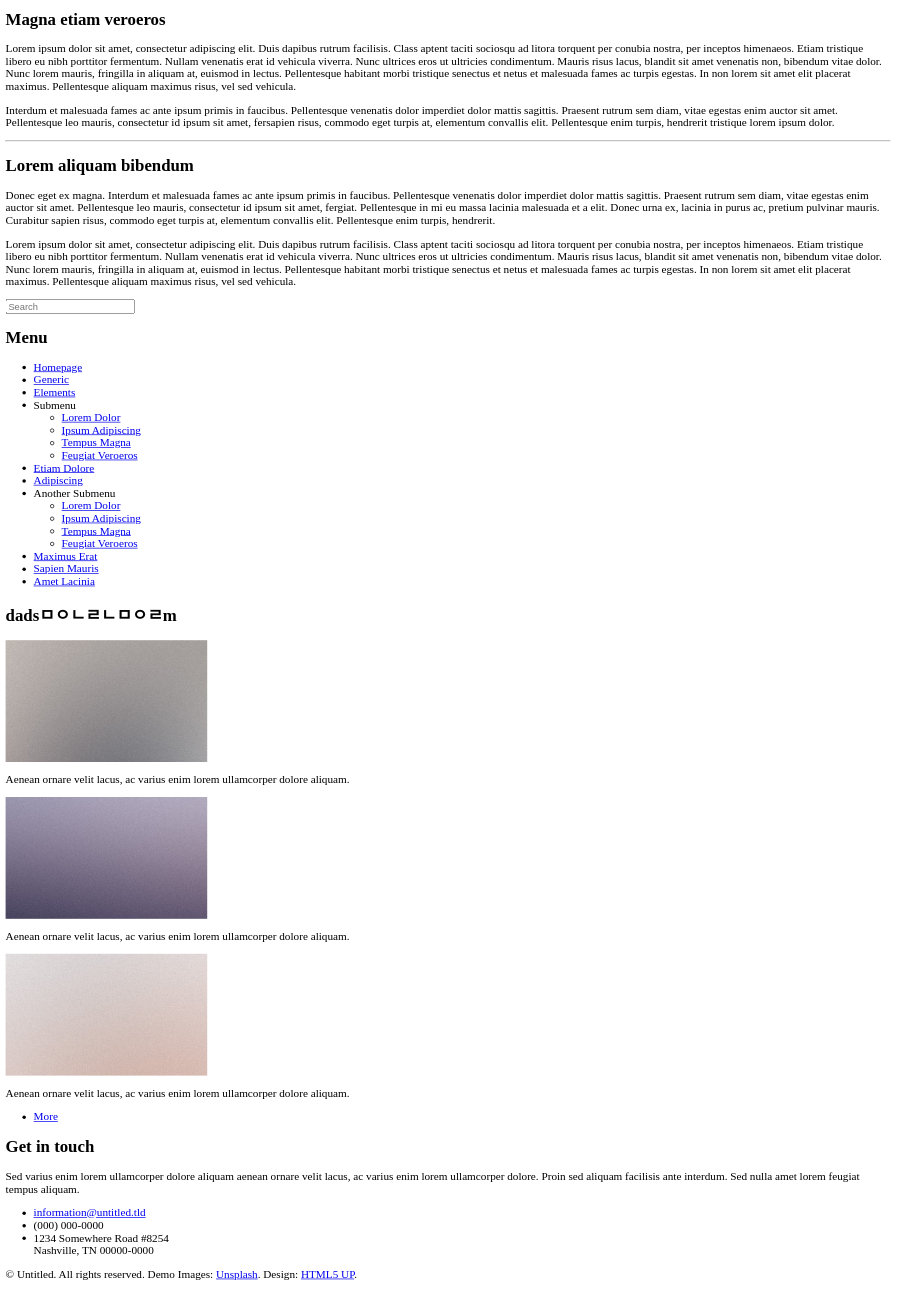
Repository: noCountJun/blog
Page: http://localhost/blogProject2/WEB-INF/views/board/bootTest.jsp
An editor plug-in stored every save of this project. The page is shown before and after the next save, followed by the edit.
The browser window is 1280 px wide. The page is 1288 px wide, so the pictures cover 1288 px, including what lies to the right of the window. The pictures show the part of the page from y = 1111 to 2991 px (the page is 2957 px tall before and 2991 px after), at 70% of full size.
The page is served by Tomcat 9. Nobody is signed in. The template is opened directly, without the code that normally fills it, so the values that code supplies are empty.

Above is the page before, as saved 2019-08-20 07:23:19.

After the next save:
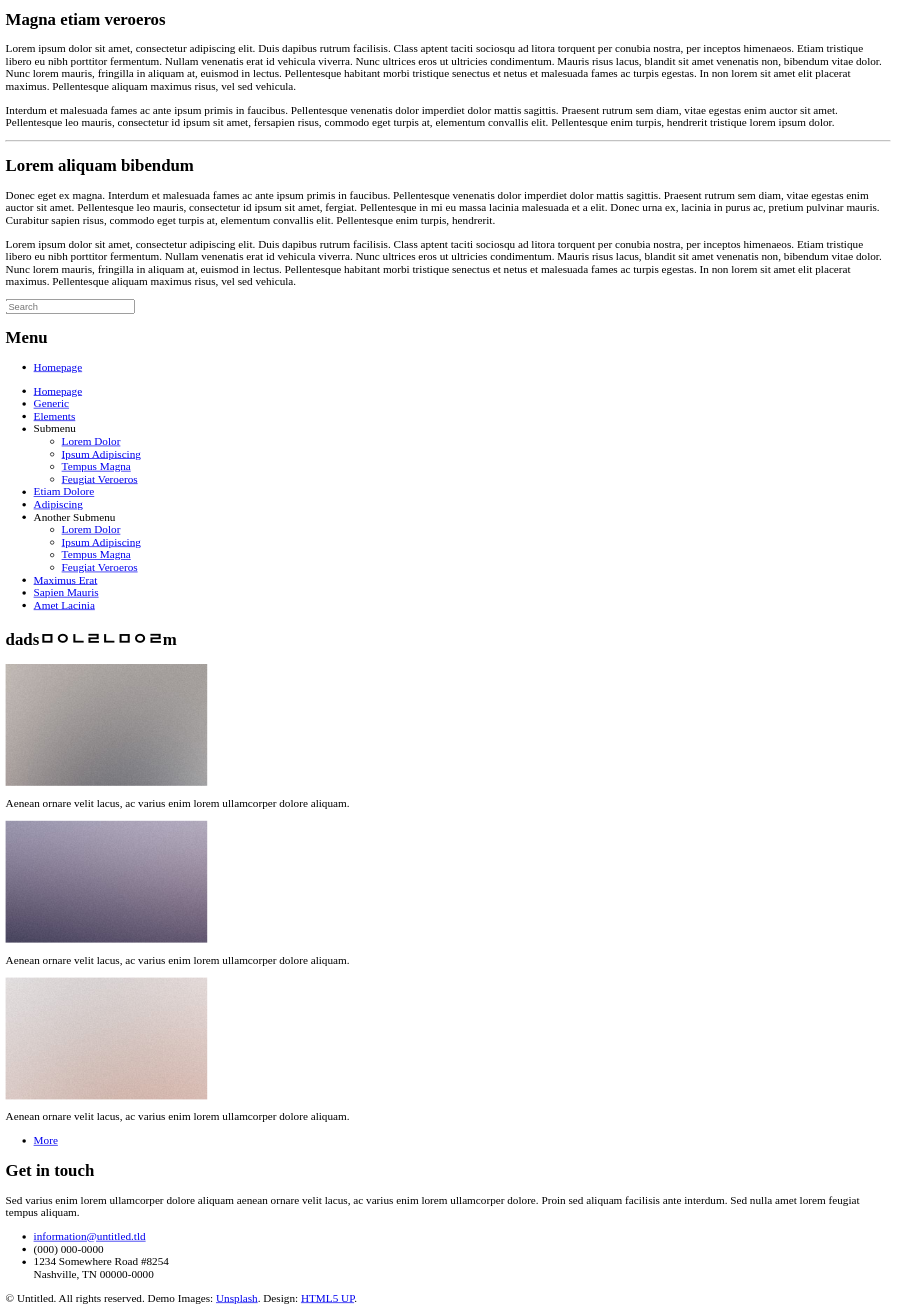
Saved 78 s later.
--- a/blogProject2/src/main/webapp/WEB-INF/views/category/category.jsp
+++ b/blogProject2/src/main/webapp/WEB-INF/views/category/category.jsp
@@ -17,6 +17,9 @@
 			<header class="major">
 				<h2>Menu</h2>
 			</header>
+			<ul>
+				<li><a href="index.html">Homepage</a></li>
+			</ul>
 			<ul>
 				<li><a href="index.html">Homepage</a></li>
 				<li><a href="generic.html">Generic</a></li>
